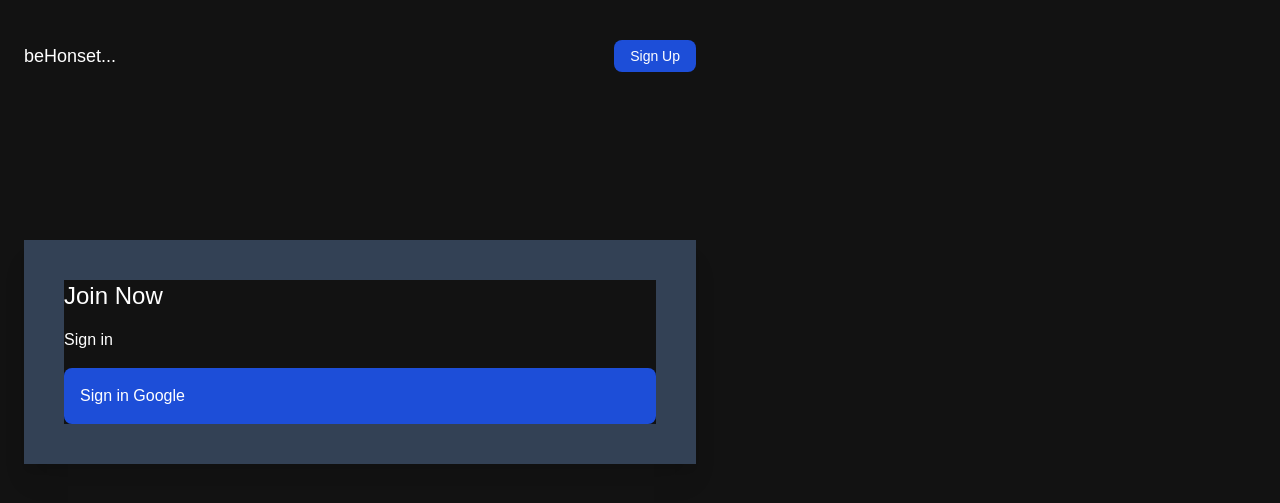
Repository: aidenfine/be-honset
Page: /login
An editor plug-in stored every save of this project. The page is shown before and after the next save, followed by the edit.
The browser window is 1280 px wide. The pictures show the whole page.
The project was rebuilt for these pictures with package versions that can differ from the ones it lists, and the page was loaded fresh each time. The framework's server and built-in components were replaced by stand-ins that run in the browser. Also part of the build but not shown: next.config.js.

Above is the page before, as saved 2022-10-26 18:23:54.

After the next save:
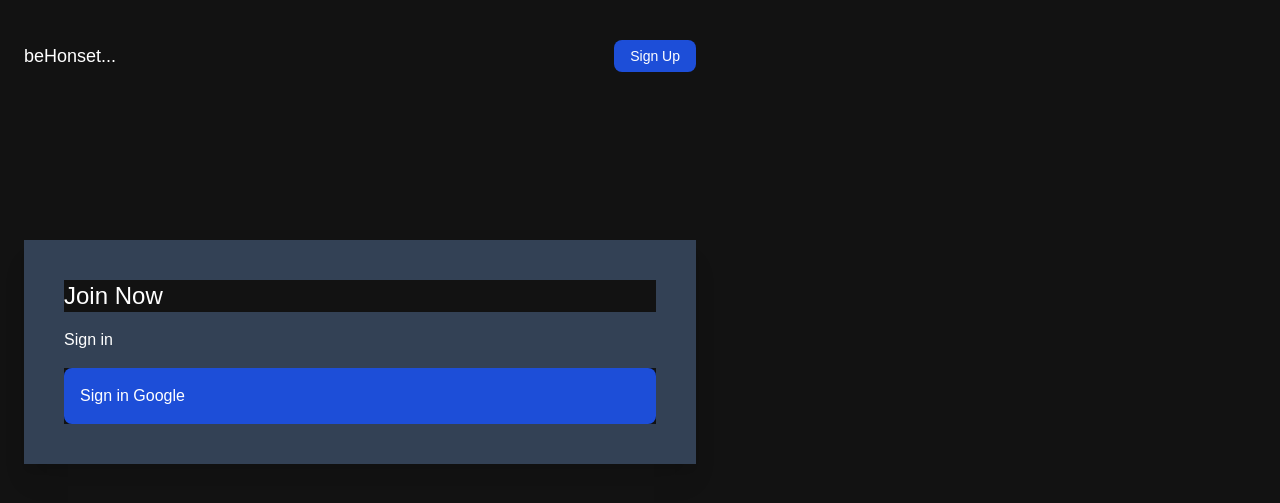
Saved 26 s later.
--- a/pages/login.js
+++ b/pages/login.js
@@ -3,7 +3,7 @@
         <div className="shadow-xl mt-32 p-10 text-white bg-slate-700">
             <h2 className="text-2xl font-medium">Join Now</h2>
             <div classNam="bg-slate-700">
-                <h3 className="py-4">Sign in</h3>
+                <h3 className="py-4 bg-slate-700">Sign in</h3>
                 <button className="text-white bg-blue-700 w-full font font-medium rounded-lg flex align-middle p-4">Sign in Google</button>
             </div>
         </div>

After the 2 saves that followed:
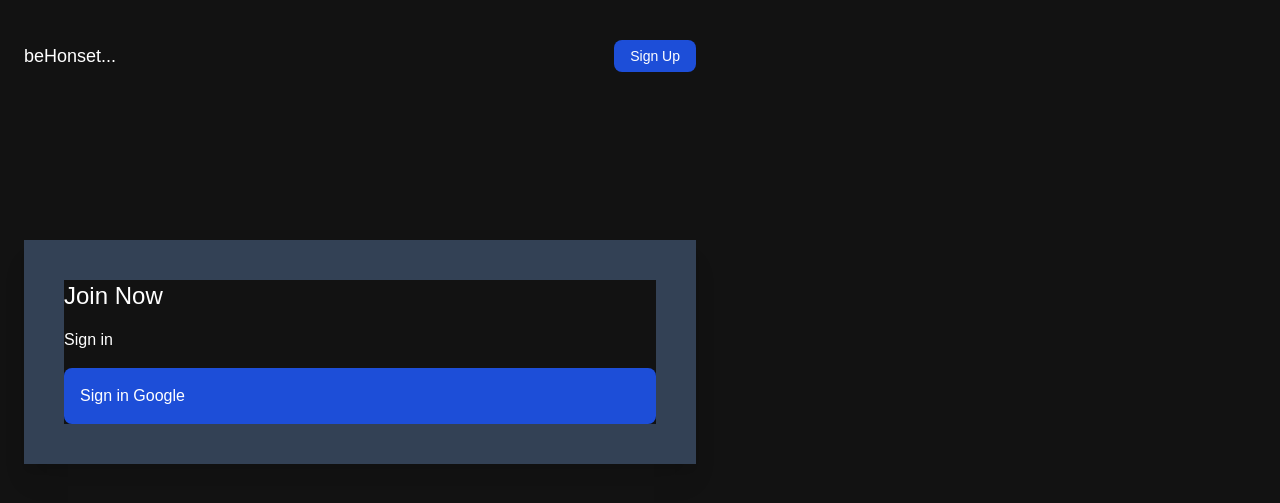
The 2 saves are shown as one change because they came seconds apart.
The last was saved 12 s later.
--- a/pages/login.js
+++ b/pages/login.js
@@ -2,8 +2,8 @@
     return(
         <div className="shadow-xl mt-32 p-10 text-white bg-slate-700">
             <h2 className="text-2xl font-medium">Join Now</h2>
-            <div classNam="bg-slate-700">
-                <h3 className="py-4 bg-slate-700">Sign in</h3>
+            <div bg-slate-700>
+                <h3 className="py-4">Sign in</h3>
                 <button className="text-white bg-blue-700 w-full font font-medium rounded-lg flex align-middle p-4">Sign in Google</button>
             </div>
         </div>
